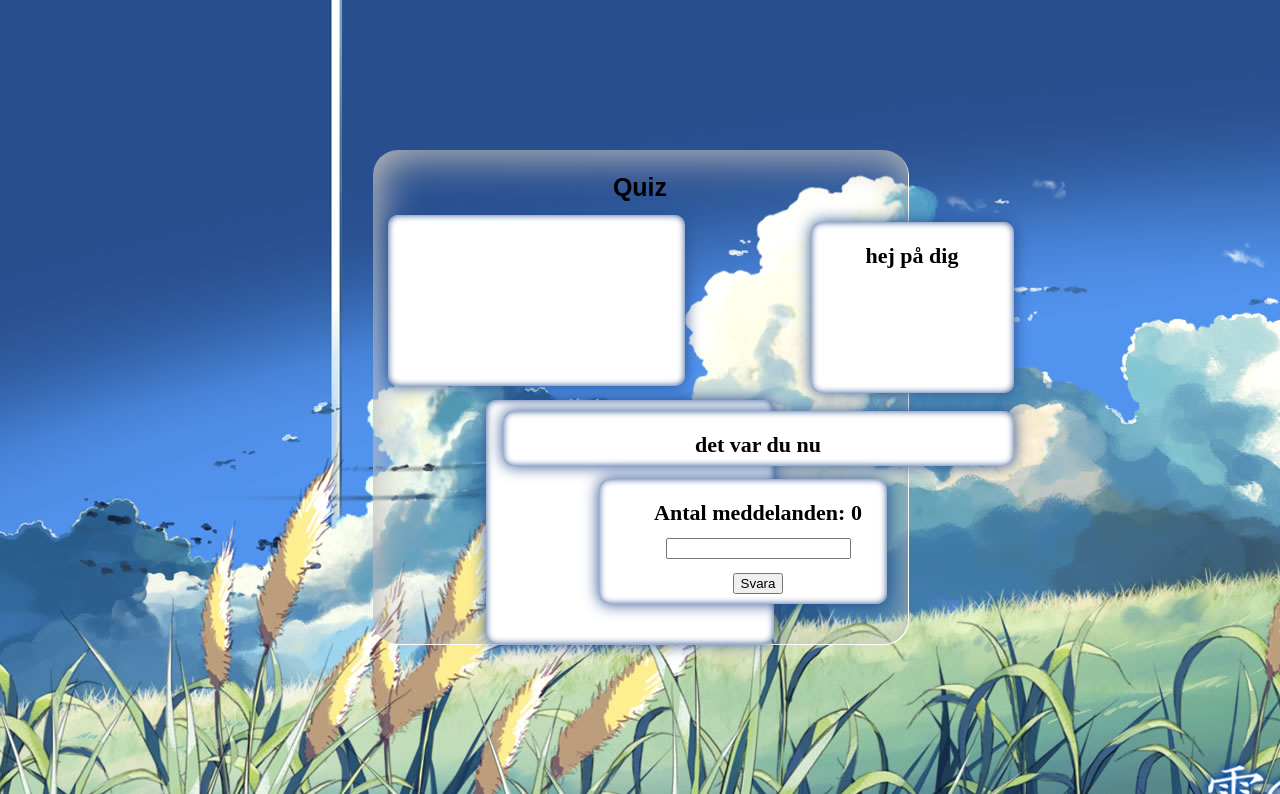
Repository: Marco30/1dv403-laborationer
Page: 4-thequiz/index.html
The author's editor kept a record of every edit. The page is drawn from the files as they stood at one moment, then again after the next edit.
The browser window is 1280 px wide. The pictures show the whole page.
The page's requests for data from a server got no answer.

Above is the page before.

After the next edit:
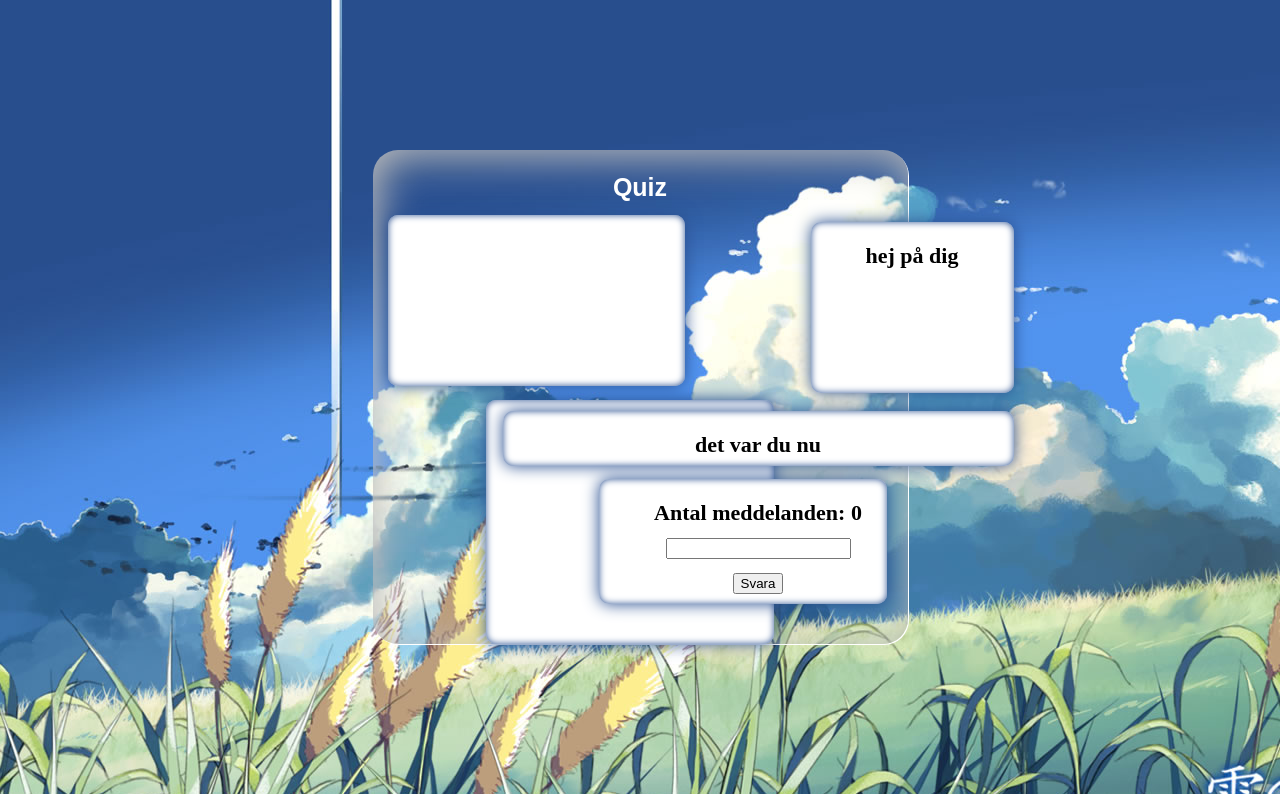
The edit:
--- a/4-thequiz/css/style.css
+++ b/4-thequiz/css/style.css
@@ -68,7 +68,7 @@
 text-align:center;
  font-family: ‘Lucida Sans Unicode’, ‘Lucida Grande’, sans-serif;
 font-size: 25px;
-color:black;
+color: #FFF;
 }
 
 main
